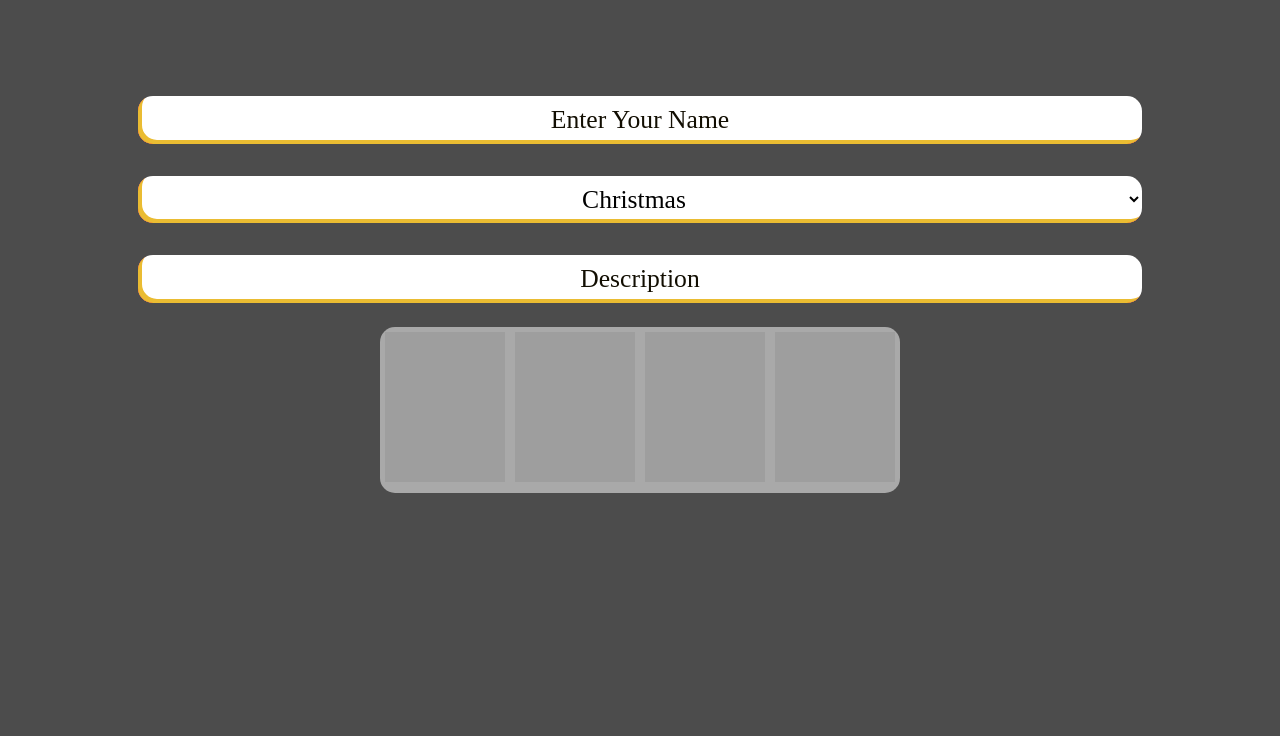
Repository: Haneef-Shaik/Greetings
Page: /
An editor plug-in stored every save of this project. The page is shown before and after the next save, followed by the edit.
The browser window is 1280 px wide. The pictures show the whole page.
Pictures or frames that could not be fetched are drawn as grey boxes. The project was rebuilt for these pictures with package versions that can differ from the ones it lists, and the page was loaded fresh each time. The framework's server and built-in components were replaced by stand-ins that run in the browser. Also part of the build but not shown: next.config.js, styles/card.module.scss, components/card.js, styles/socialShare.module.scss, components/socialShare.js.

Above is the page before, as saved 2021-12-01 21:03:19.

### pages/_app.js
import '../styles/globals.css'
import 'bootstrap/dist/css/bootstrap.css'


function MyApp({ Component, pageProps }) {
  return <Component {...pageProps} />
}

export default MyApp

### pages/index.js
import Card from "../components/card.js";
import {useRouter} from 'next/router';
import Ss from "../components/socialShare"
import InpFrm from "../components/form"

export default function Home() {
  const {query} = useRouter();
  const myurls='https://gratefulprayerthankfulheart.com/wp-content/uploads/2014/12/aquawhitechristmastreegreeting.jpg';

  if(query.length > 0)
  {

    if(query.greeting)
    {
      return (
        <>
          <Card event={query.event} image={query.bgImg} name={query.name} greeting={query.greeting}  />
        </>
          )
    }
    else
    {
      return (
        <>
          <Card event={query.event} image={query.bgImg} name={query.name}  />
        </>
          )
    }

  }
  else
  {
    return (
        <>
          <InpFrm />
        </>
        )
  }
    // return (
    //   <>
        {/* <Card event='Event' image={myurls} name='Name' color='red' greeting="Lorem Ipsum is simply dummy text of the printing and typesetting industry. Lorem Ipsum has been thing software like Aldus PageMaker including versions of Lorem Ipsum."  /> */}
        {/* <Ss mylink="localhost:3000/name=haneef&event=christmas" /> */}
    {/*     <Ss mylink="localhost:3000/name=haneef&event=christmasW&sddsajnodsoduaibdadbksa" /> */}
    //   </>
    //     )

}

### components/form.js
/* eslint-disable no-undef */
import React, {useState,useRef} from 'react'

import 'bootstrap/dist/css/bootstrap.min.css';
import styles from '../styles/form.module.scss';
import IMAGE from 'next/image'


function Edit() {

    const [IMG1,setImg]=useState('');


    return (
        <div className="container-fluid p-2 "  style={{backgroundColor:'#4C4C4C'} }>
            <div className="container">
                <div className="row">
                    <div className="col-12">
                        <div className={styles.formContainer} >
                            <form className="formStyle">
                                <input type="text" placeholder="Enter Your Name" className="col-12" required />

                                <select name="festival" className="col-12 p-2">
                                    <option value="christmas">Christmas</option>
                                    <option value="newYear">New Year</option>
                                </select>

                                <input type="text" placeholder="Description" className="col-12" optional />

                                <div className="d-flex justify-content-around align-items-center flex-wrap mt-4" style={{backgroundColor:'darkgrey',borderRadius:'15px'}}>
                                    {/* <label htmlFor="img1">
                                        <IMAGE src='/images/christmas/christmas.png' width={200} height={100} />
                                    </label>
                                    <label htmlFor="img2">
                                        <IMAGE src='/images/christmas/christmas.png' width={200} height={100} />
                                    </label>
                                    <label htmlFor="img3">
                                        <IMAGE src='/images/christmas/christmas.png' width={200} height={100} />
                                    </label>
                                    <label htmlFor="img4">
                                        <IMAGE src='/images/christmas/christmas.png' width={200} height={100} />
                                    </label>
                                    <input type="radio" name="BgImage" className="bgImg" id="img1" hidden="true" />
                                    <input type="radio" name="BgImage" className="bgImg" id="img2" hidden="true" />
                                    <input type="radio" name="BgImage" className="bgImg" id="img3" hidden="true" />
                                    <input type="radio" name="BgImage" className="bgImg" id="img4" hidden="true" /> */}

                                <button onClick={()=>setImg('christmas.png')} className="btn p-1">
                                    <IMAGE src='/images/christmas/christmas.png' width="120" height="150" />
                                </button>

                                <button onClick={()=>setImg('christmas1.png')} className="btn p-1">
                                    <IMAGE src='/images/christmas/christmas1.png' width="120" height="150" />
                                </button>

                                <button onClick={()=>setImg('christmas2.png')} className="btn p-1">
                                    <IMAGE src='/images/christmas/christmas2.png' width="120" height="150" />
                                </button>

                                <button onClick={()=>setImg('christmas2.png')} className="btn p-1">
                                    <IMAGE src='/images/christmas/christmas2.png' width="120" height="150" />
                                </button>

                                </div>
                            </form>
                        </div>
                    </div>
                </div>
            </div>
        </div>
    )
}


class InvitationCard extends React.Component{
    render(){
        return (

                <div className="body p-2" style={{backgroundColor: this.props.c,backgroundImage:`url(${this.props.im})`,backgroundSize:350,backgroundRepeat:'no-repeat'}} >
                    <h1 id="heading" style={{color: this.props.heading}}>{this.props.name}</h1>
                    <p style={{marginTop: "50px",color: this.props.content}}>{this.props.message}</p>
                    <p style={{color: this.props.content}} id="toWhom">{this.props.to}</p>
                </div>
        )
    }

}



export default Edit;

### styles/form.module.scss
.formContainer{
    padding:5%;
    height:100vh;
    background-color:#4C4C4C;
    // background: linear-gradient(#920000,#800000,#6D0000,#490000);
    input , select {
        margin-top:2rem;

        text-align:center;
        font-family: 'Times New Roman', Times, serif;
        font-size:1.6rem;
        border:none;

        background-color:#fff;
        border-radius:15px;
        box-shadow: inset 4px -4px 0px #EABC32 , inset 2px -2px 0px #f00 ;
        line-height:3rem;
        &::placeholder{
            color:#120E02;
        }
    }
    form{
        display: flex;
        align-items:center;
        justify-content: space-evenly;
        flex-direction: column;
        flex-wrap: wrap;
    }
    .bgImg:active{
        border: 5px solid white;
    }
}

Loaded but not shown: styles/globals.css (common file)

After the next save:
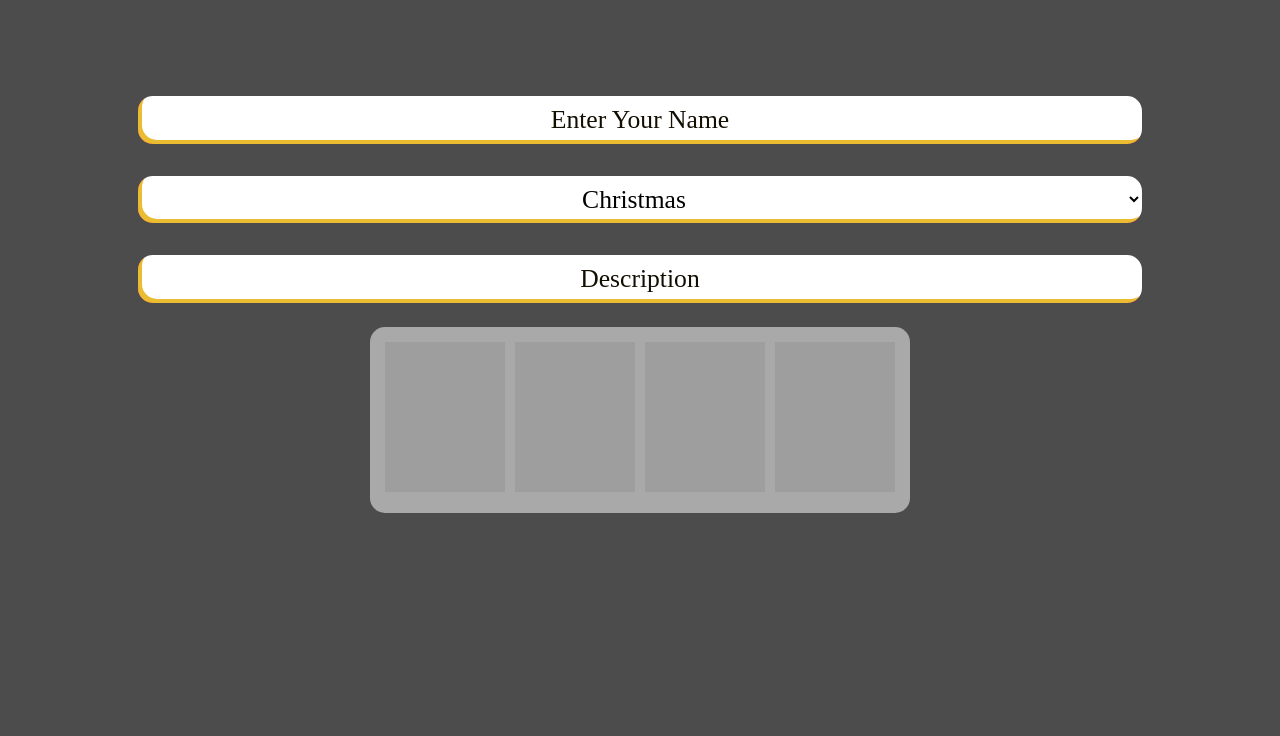
Saved 17 s later.
--- a/components/form.js
+++ b/components/form.js
@@ -27,7 +27,7 @@ function Edit() {
 
                                 <input type="text" placeholder="Description" className="col-12" optional />
 
-                                <div className="d-flex justify-content-around align-items-center flex-wrap mt-4" style={{backgroundColor:'darkgrey',borderRadius:'15px'}}>
+                                <div className="d-flex justify-content-around align-items-center flex-wrap mt-4" style={{backgroundColor:'darkgrey',borderRadius:'15px',padding:'10px'}}>
                                     {/* <label htmlFor="img1">
                                         <IMAGE src='/images/christmas/christmas.png' width={200} height={100} />
                                     </label>
